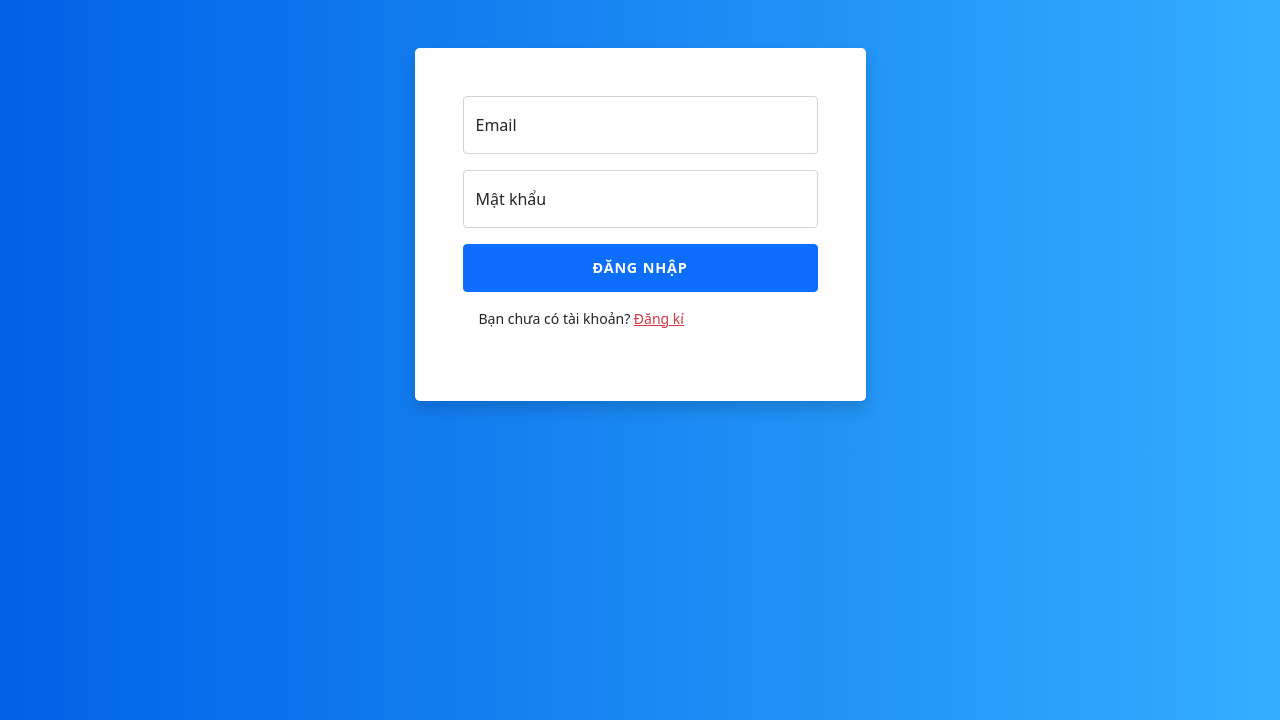
Repository: vqlinh/webgisbtl
Page: http://localhost/geoserver/login.php
The author's editor kept a copy of each file at every save. The page is drawn from the files as they stood at one save, then again after the next save.
The browser window is 1280 px wide. The pictures show the whole page.
The page is run by PHP 8.4 with error messages shown; the project is at /var/www/html/.

Above is the page before, as saved 2022-04-11 23:58:00.

### login.php
<!-- <?php
include('./config/constants.php');
ob_start(); // loi cua header() nen phai dung
?> -->
<!DOCTYPE html>
<html lang="en">

<head>
    <meta charset="utf-8">
    <meta name="viewport" content="width=device-width, initial-scale=1">
    <link rel="stylesheet" href="https://cdnjs.cloudflare.com/ajax/libs/font-awesome/5.15.3/css/all.min.css">
    <link rel="stylesheet" href="https://cdn.jsdelivr.net/npm/bootstrap@5.1.0/dist/css/bootstrap.min.css">
    <link rel="stylesheet" href="./css/regis.css">
    <title>Đăng Nhập</title>
</head>

<body>
    <div class="container">
        <div class="row">
            <div class="col-sm-9 col-md-7 col-lg-5 mx-auto">
                <div class="card border-0 shadow rounded-3 my-5">
                    <div class="card-body p-4 p-sm-5">
                        <?php
                        if (isset($_SESSION['noti'])) {
                            echo $_SESSION['noti'];
                            unset($_SESSION['noti']);
                        }
                        ?>
                        <form method="POST" action="">
                            <div class="form-floating mb-3">
                                <input type="email" name="email" class="form-control" id="floatingInput" placeholder="name@example.com">
                                <label for="floatingInput">Email</label>
                            </div>
                            <div class="form-floating mb-3">
                                <input type="password" name="pass" class="form-control" id="floatingInput" placeholder="Password">
                                <label for="floatingInput">Mật khẩu</label>
                            </div>
                            <!-- <div class="form-check mb-3">
                                <input class="form-check-input" type="checkbox" value="" id="rememberPasswordCheck">
                                <label class="form-check-label" for="rememberPasswordCheck">
                                    Remember password
                                </label>
                            </div> -->
                            <div class="d-grid mb-3">
                                <input class="btn btn-primary btn-login text-uppercase fw-bold" type="submit" name="submit" value="Đăng Nhập">
                            </div>
                            <div class="row mb-4 px-3">
                                <small class="font-weight-bold">Bạn chưa có tài khoản? <a href="register.php" class="text-danger ">Đăng kí</a></small>
                            </div>
                        </form>
                    </div>
                </div>
            </div>
        </div>
    </div>
    <script src="https://cdn.jsdelivr.net/npm/bootstrap@5.1.0/dist/js/bootstrap.bundle.min.js"></script>
</body>

</html>
<!-- <?php
if (isset($_POST["submit"])) {
    $email = $_POST['email'];
    $pass = $_POST['pass'];
    //$matkhau = password_hash($pass, PASSWORD_DEFAULT);
    $sql = "SELECT * FROM `user` WHERE `email` = '$email' and `status` = 1 ";

    $res = mysqli_query($conn, $sql);
    if ($res) {
        $row = mysqli_fetch_assoc($res);
        if (password_verify($pass, $row['password'])) {
            // đăng nhập thành công
            $_SESSION['noti'] = "<p class = 'text-success'>Đã đăng nhập </p>";
            $_SESSION['user'] = $row["first_name"] . " " . $row['last_name'];
            $_SESSION['user_id'] = $row['userid'];
            header("location:" . $siteurl . 'index.php');
        } else {
            $_SESSION['noti'] = '<p class="text-danger">Tài khoản mật khẩu chưa chính xác</p>';
            header("location:" . $siteurl . 'login.php');
        }
    }
}
?> -->

### config/constants.php
<?php
if (!isset($_SESSION)) {
    session_start();
}

$servername = "localhost";
$username = "root";
$password = "";
$dbname = "gis_web";
// Create connection
$conn = new mysqli($servername, $username, $password, $dbname);

// Check connection
if (!$conn) {
    die("Không thể kết nối,kiểm tra lại các tham số kết nối");
}

### css/regis.css
body {
    background: #007bff;
    background: linear-gradient(to right, #0062e6, #33aeff);
  }

  .btn-login {
    font-size: 0.9rem;
    letter-spacing: 0.05rem;
    padding: 0.75rem 1rem;
  }

  .btn-google {
    color: white !important;
    background-color: #ea4335;
  }

  .btn-facebook {
    color: white !important;
    background-color: #3b5998;
  }

After the next save:
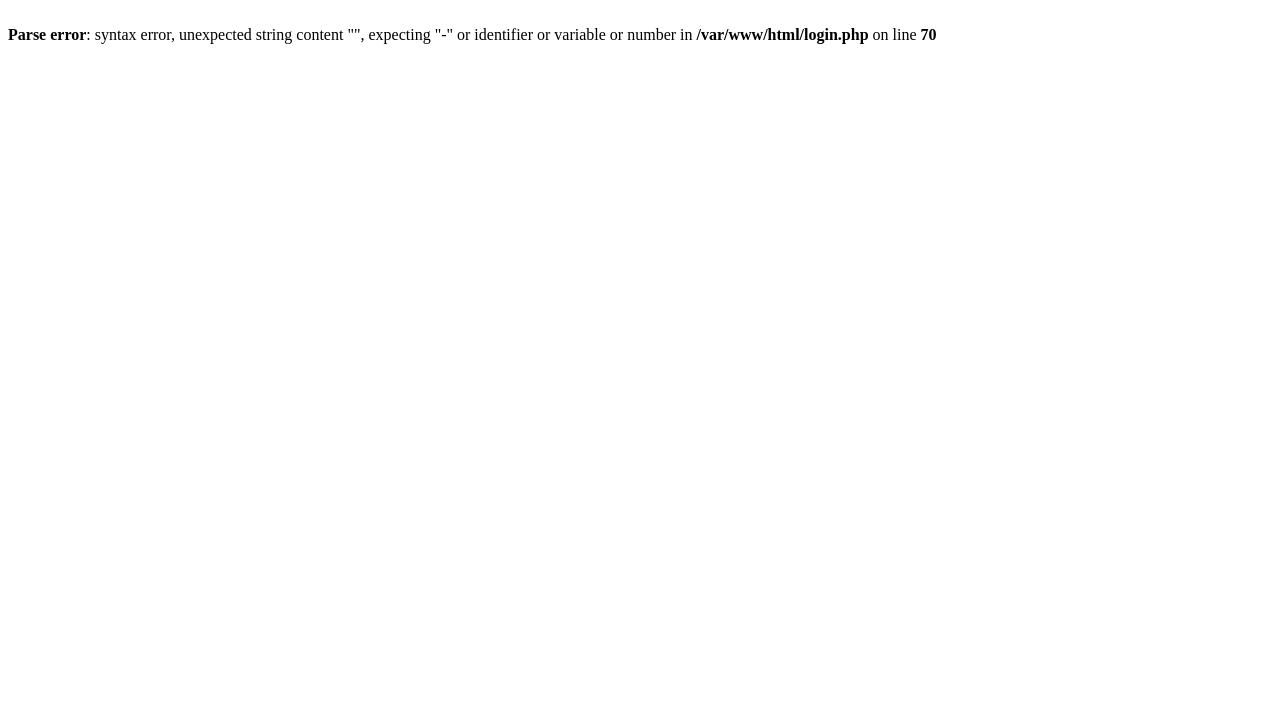
Saved 39 s later.
--- a/login.php
+++ b/login.php
@@ -62,7 +62,7 @@
     $email = $_POST['email'];
     $pass = $_POST['pass'];
     //$matkhau = password_hash($pass, PASSWORD_DEFAULT);
-    $sql = "SELECT * FROM `user` WHERE `email` = '$email' and `status` = 1 ";
+    $sql = "SELECT * FROM `user` WHERE `email` = '$email';
 
     $res = mysqli_query($conn, $sql);
     if ($res) {

After the save that followed:
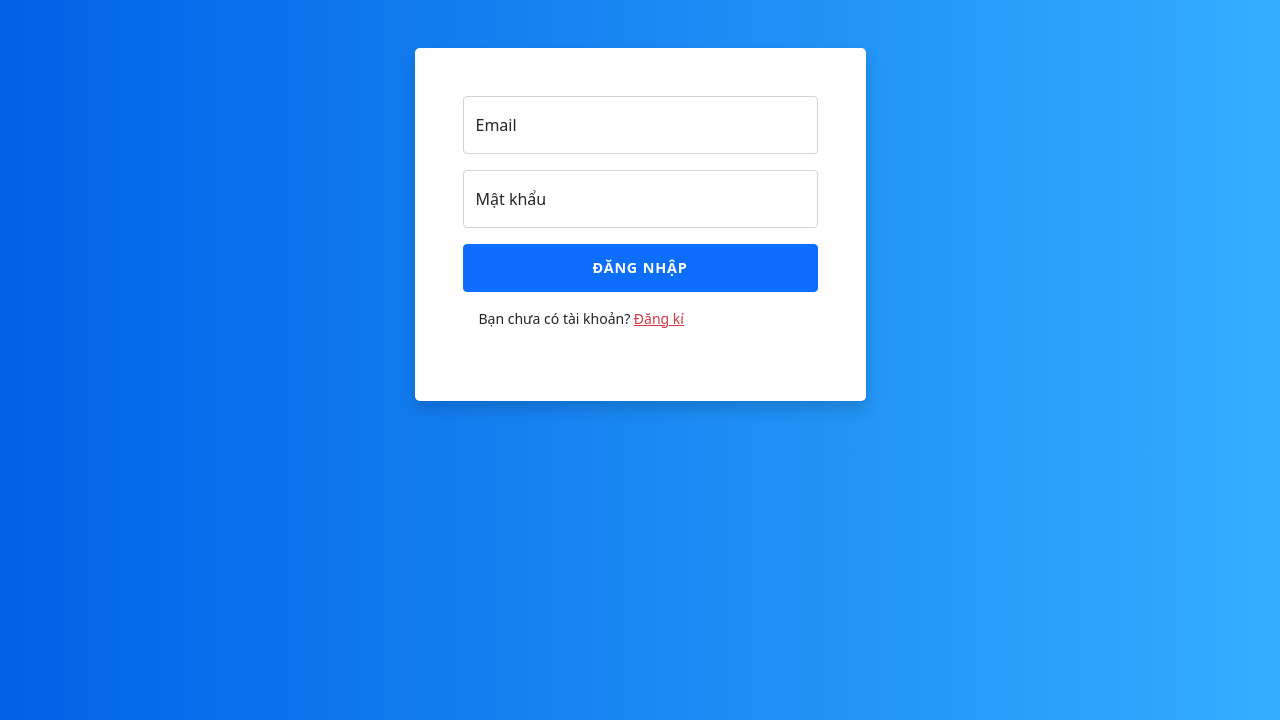
Saved 20 s later.
--- a/login.php
+++ b/login.php
@@ -62,7 +62,7 @@
     $email = $_POST['email'];
     $pass = $_POST['pass'];
     //$matkhau = password_hash($pass, PASSWORD_DEFAULT);
-    $sql = "SELECT * FROM `user` WHERE `email` = '$email';
+    $sql = "SELECT * FROM `user` WHERE `email` = '$email' and `status` = 1 ";
 
     $res = mysqli_query($conn, $sql);
     if ($res) {
